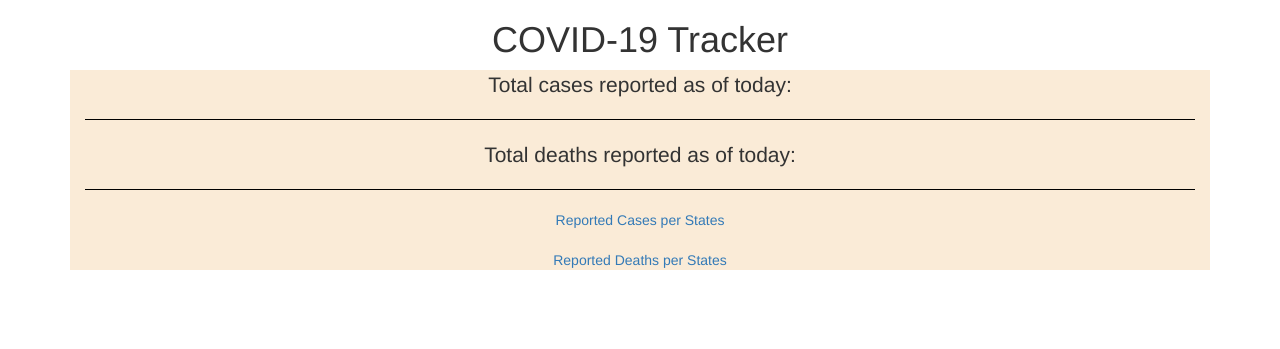
Repository: kimjuneyoung5/Bootcamp-Java
Page: http://localhost/CovidTrackingApp/WEB-INF/index.jsp
These files come from the project's save history. The page is drawn as it stood at one moment and after the next save; the edit follows.
The browser window is 1280 px wide. The pictures show the whole page.
The page is served by Tomcat 9. Nobody is signed in. Other server files are loaded and not shown. The template is opened directly, without the code that normally fills it, so the values that code supplies are empty.

Above is the page before, as saved 2021-10-02 06:12:33.

### oop/CovidTrackingApp/src/main/webapp/WEB-INF/index.jsp
<%@ page language="java" contentType="text/html; charset=UTF-8"
    pageEncoding="UTF-8"%>
<%@ taglib prefix="c" uri="http://java.sun.com/jsp/jstl/core" %>
<%@ taglib prefix="fmt" uri="http://java.sun.com/jsp/jstl/fmt" %>
<%@ taglib prefix="form" uri="http://www.springframework.org/tags/form"%>
<%@ page isErrorPage="true" %>
<!DOCTYPE html>

<html xmlns:th="http://www.thymeleaf.org">

<head>
    <title>COVID-19 Tracker</title>
    <meta http-equiv="Content-Type" content="text/html; charset=UTF-8" />
    <link rel="stylesheet" href="https://stackpath.bootstrapcdn.com/bootstrap/4.4.1/css/bootstrap.min.css" integrity="sha384-Vkoo8x4CGsO3+Hhxv8T/Q5PaXtkKtu6ug5TOeNV6gBiFeWPGFN9MuhOf23Q9Ifjh" crossorigin="anonymous">
    <link rel="stylesheet"
		href="https://maxcdn.bootstrapcdn.com/bootstrap/3.3.7/css/bootstrap.min.css" />
    <style>
    	.container1{
    		text-align: center;
    	}
    	.container{
    		text-align:center;
    		background-color: antiquewhite;
    	}
    	.line{
    		margin-top:1.5rem!important;
    	}
    	.display{
    		line-height:1.2;
    	}
    	hr{
    		border-top:1px solid black;
    	}
    </style>
</head>

<body>
<div class="container1">
<h1>COVID-19 Tracker</h1>

	<div class="container">
    	<p class="lead">Total cases reported as of today:</p>
    	<h1 class="display"><c:out value="${totalReportedCases}"/></h1>
    	<hr class="line">
    	<p class="lead">Total deaths reported as of today:</p>
    	<h1 class="display"><c:out value="${totalReportedDeaths}"/></h1>
    	<hr class="line">
    	<a href="/cases">Reported Cases per States</a>
    	<br></br>
    	<a href="/deaths">Reported Deaths per States</a>
	</div>
</div>

</body>
</html>

After the next save:
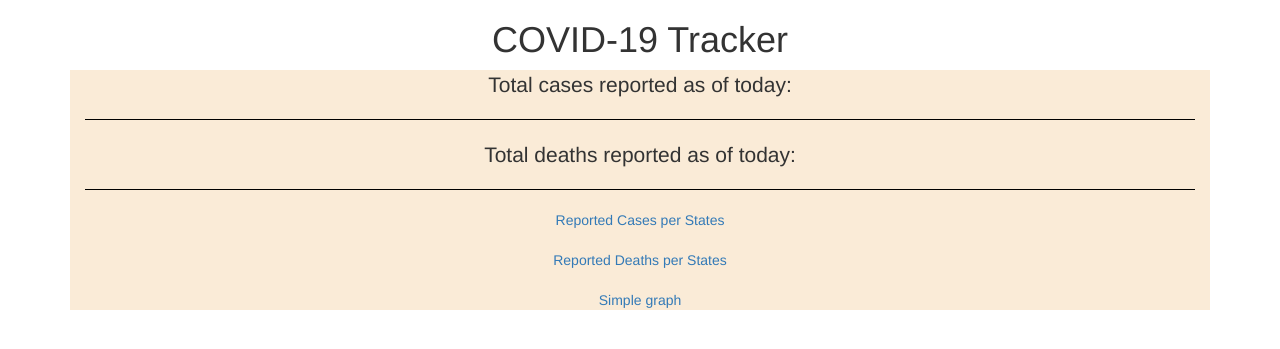
Saved 6 min 8 s later.
--- a/oop/CovidTrackingApp/src/main/webapp/WEB-INF/index.jsp
+++ b/oop/CovidTrackingApp/src/main/webapp/WEB-INF/index.jsp
@@ -48,6 +48,8 @@
     	<a href="/cases">Reported Cases per States</a>
     	<br></br>
     	<a href="/deaths">Reported Deaths per States</a>
+    	<br></br>
+    	<a href="/graph">Simple graph</a>
 	</div>
 </div>
 
